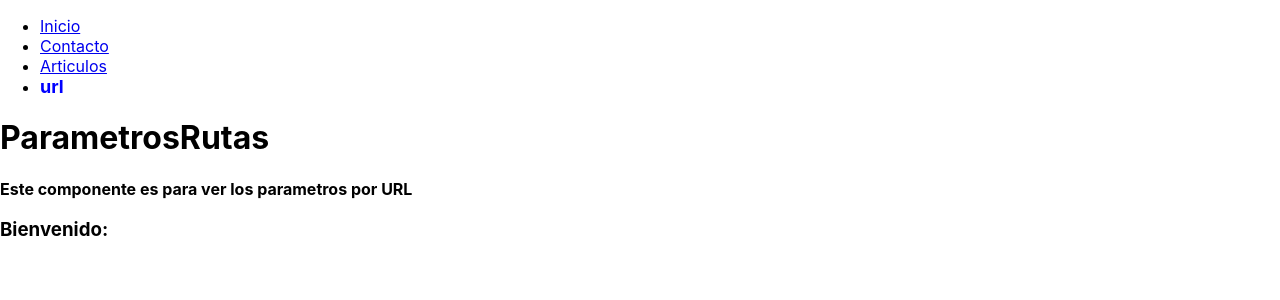
Repository: DamianBermudez94/react-router
Page: /parametrosRutas
These files come from the project's save history. The page is drawn as it stood at one moment and after the next save; the edit follows.
The browser window is 1280 px wide. The pictures show the whole page.
The project was rebuilt for these pictures with package versions that can differ from the ones it lists, and the page was loaded fresh each time. Also part of the build but not shown: src/components/Inicio.js, src/components/Articulos.js, src/components/Contacto.js.

Above is the page before, as saved 2023-04-29 11:39:05.

After the next save:
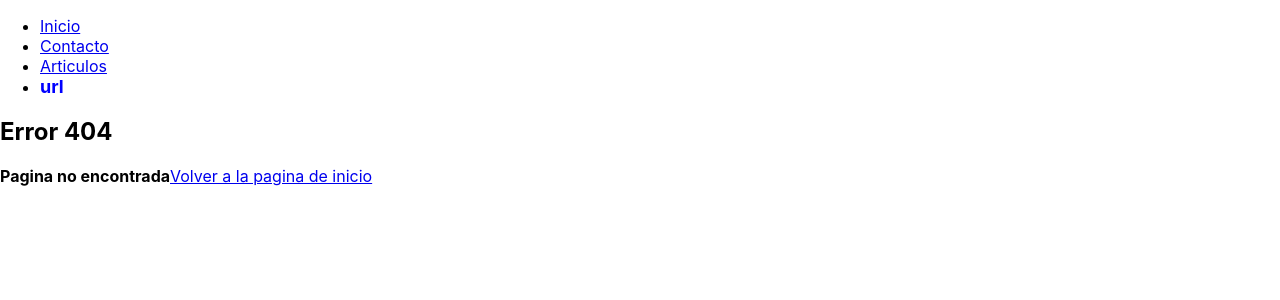
Saved 14 s later.
--- a/src/routers/RouterPrincipal.js
+++ b/src/routers/RouterPrincipal.js
@@ -37,7 +37,7 @@ export const RouterPrincipal = () => {
                 <Route path='/inicio' element={<Inicio/>}/>
                 <Route path='/contacto' element={<Contacto/>}/>
                 <Route path='/articulos' element={<Articulos />}/>
-                <Route path='/parametrosRutas' element={<ParametrosRutas/>}/>
+                <Route path='/parametrosRutas/:Damian/:Bermudez' element={<ParametrosRutas/>}/>
                 <Route path='*' element={<Error/>}/>
             </Routes>
 
